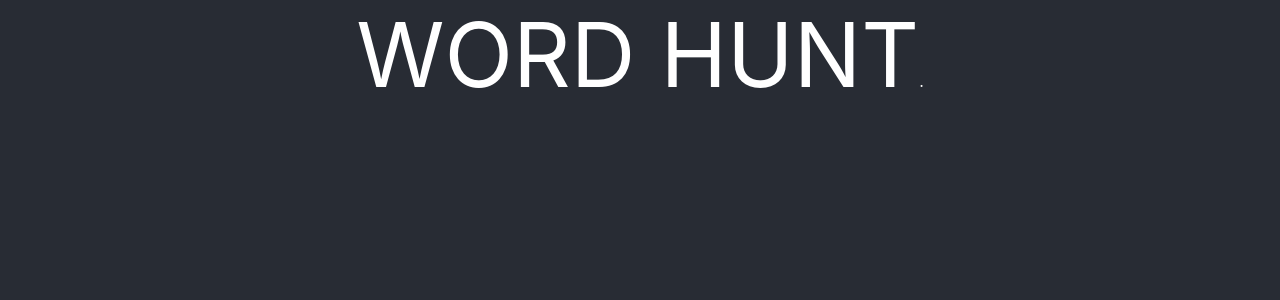
Repository: om1ars/react-translator
Page: /
These files come from the project's save history. The page is drawn as it stood at one moment and after a run of saves; the edit follows.
The browser window is 1280 px wide. The pictures show the whole page.
The page's requests for data from a server got no answer. The project was rebuilt for these pictures with package versions that can differ from the ones it lists, and the page was loaded fresh each time. No one was signed in, and anything a server would have sent is missing.

Above is the page before, as saved 2021-10-06 22:08:23.

### src/App.js
import "./App.css";
import { useEffect, useState } from "react";
import axios from "axios";
import { Container } from "@material-ui/core";
import { Header } from "./components/Header/Header";

function App() {
  const [word, setword] = useState("");
  const [meanings, setmeanings] = useState([]);
  const dictionaryApi = async () => {
    try {
      const data = await axios.get(
        "https://api.dictionaryapi.dev/api/v2/entries/en/plane"
      );

      // console.log(data);
      setmeanings(data.data);
    } catch (error) {
      console.log(error);
    }
  };

  console.log(meanings);
  useEffect(() => {
    dictionaryApi();
  }, []);

  return (
    <div
      className="App"
      style={{ height: "100vh", backgroundColor: "#282c34", color: "white" }}
    >
      <Container
        maxWidth="md"
        style={{ display: "flex", flexDirection: "column", height: "100vh" , }}
      >
        <Header />
      </Container>
    </div>
  );
}

export default App;

### src/components/Header/Header.js
import React from 'react'
import './Header.css'

export const Header = () => {
    return (
        <div className='header'>
            <span className="title">Word Hunt</span>
            .
        </div>
    )
}

### src/components/Header/Header.css
.title{
    font-size: 7vw;
    text-transform: uppercase;
    color: white;
}

Loaded but not shown: public/index.html (common file); src/index.js (common file); src/index.css (common file); src/reportWebVitals.js (common file); src/App.css (common file)

After the next 7 saves:
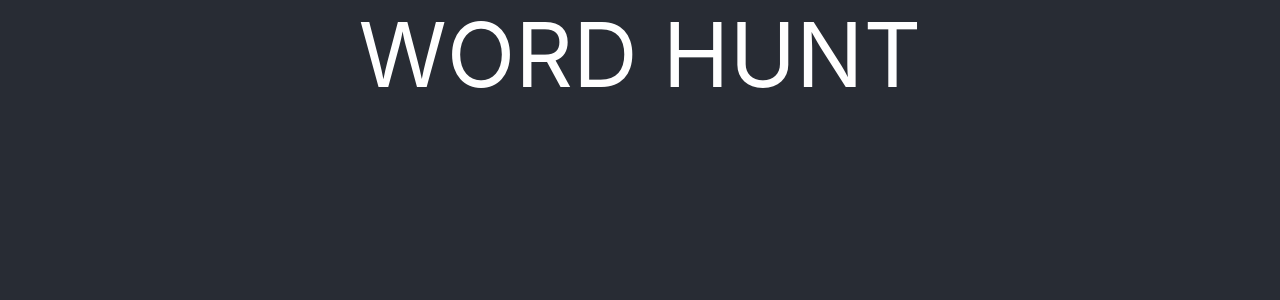
The 7 saves are shown as one change because they came seconds apart.
The last was saved 10 s later.
--- a/src/components/Header/Header.js
+++ b/src/components/Header/Header.js
@@ -5,7 +5,9 @@ export const Header = () => {
     return (
         <div className='header'>
             <span className="title">Word Hunt</span>
-            .
+            <div className="inputs">
+
+            </div>
         </div>
     )
 }
